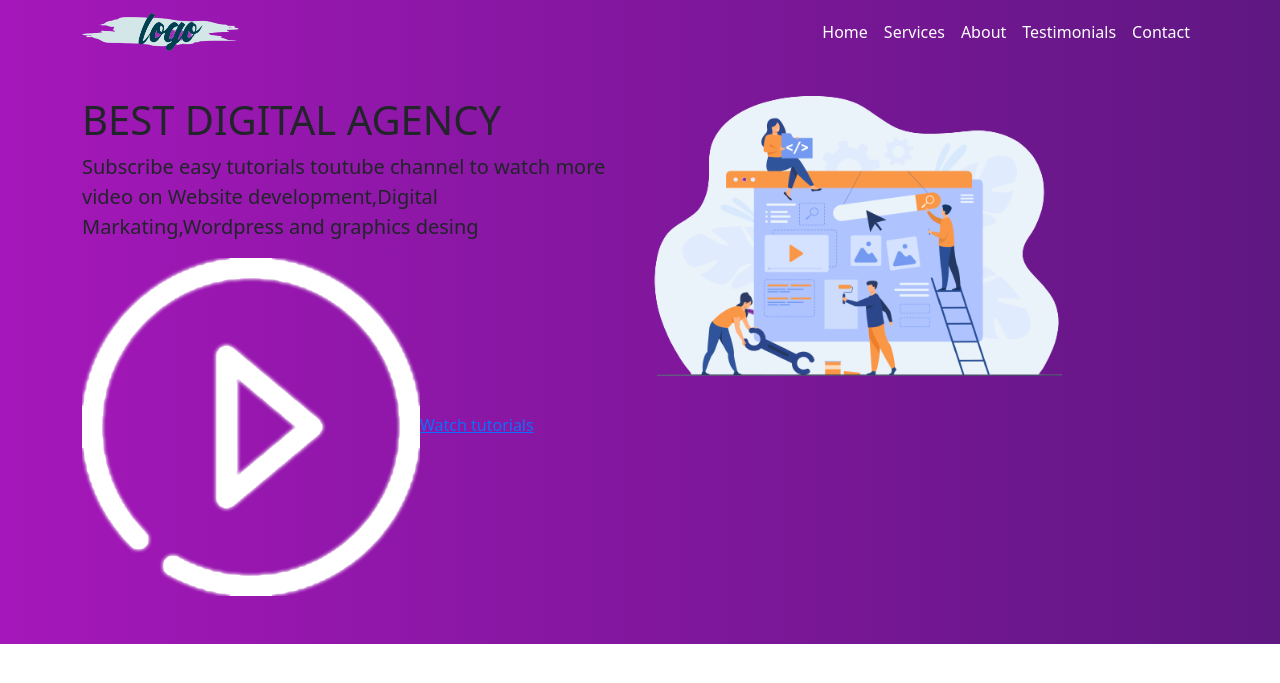
Repository: zjria/PSD-to-HTML-DIGITAL-AGENCY
Page: index.html
An editor plug-in stored every save of this project. The page is shown before and after the next save, followed by the edit.
The browser window is 1280 px wide. The pictures show the whole page.
Some web libraries are served in a nearby version.

Above is the page before, as saved 2022-05-09 09:37:47.

### index.html
<!doctype html>
<html lang="en">
  <head>
    <!-- Required meta tags -->
    <meta charset="utf-8">
    <meta name="viewport" content="width=device-width, initial-scale=1">
    <title>DIGITAL AGENCY</title>
    <!-- Bootstrap CSS -->
    <link href="https://cdn.jsdelivr.net/npm/bootstrap@5.0.2/dist/css/bootstrap.min.css" rel="stylesheet">
    <!-- Font awesome link-->
    <link rel="stylesheet" href="https://cdnjs.cloudflare.com/ajax/libs/font-awesome/6.1.1/css/all.min.css">
    <!-- custom CSS  -->
    <link rel="stylesheet" href="css/style.css">
  </head>
  <body>
    <!-- Navbar Section Start -->
    <section class="header">
        <nav class="navbar navbar-expand-md fixed-top">
            <div class="container">
                <a href="#" class="navbar-brand">
                    <img src="img/h_logo.png" alt="" class="menu-icon img-fluid w-50">
                </a>
                <button class="navbar-toggler" data-bs-target="#menunavbarlink" data-bs-toggle="collapse" type="button">
                    <span class="navbar-toggler-icon"></span>
                </button>
                <div class="collapse navbar-collapse " id="menunavbarlink">
                  <ul class="navbar-nav ms-auto ">
                    <li class="nav-item ">
                      <a href="#Home" class="nav-link text-white">Home</a>
                    </li>
                    <li class="nav-item">
                      <a href="#Services" class="nav-link text-white">Services</a>
                    </li>
                    <li class="nav-item">
                      <a href="#About" class="nav-link text-white">About</a>
                    </li>
                    <li class="nav-item">
                      <a href="#Testimonials" class="nav-link text-white" >Testimonials</a>
                    </li>
                    <li class="nav-item">
                      <a href="#Contact" class="nav-link text-white">Contact</a>
                    </li>
                  </ul>
                </div>
            </div>
        </nav>
    </section>
    <!-- Navbar Section END -->
    <!-- Navbar Section Start -->
    <div class="p-5 py-5 mt-5" id="baner">
      <div class="container">
        <div class="row">
          <div class="col-md-6">
            <h1>BEST DIGITAL AGENCY</h1>
            <p class="lead">Subscribe easy tutorials toutube channel to watch more video on Website development,Digital Markating,Wordpress and graphics desing</p>
            <a href="#"><img src="img/play.png" class="img-fluid" alt=""><span>Watch tutorials</span></a>
          </div>
          <div class="col-md-6">
            <img src="img/heder_logo.png" class="img-fluid w-75" alt="">
          </div>
        </div>
      </div>
    </div>
    <!-- Navbar Section END -->






    <!-- Optional JavaScript; choose one of the two! -->
    <!-- Option 1: Bootstrap Bundle with Popper -->
    <script src="https://cdn.jsdelivr.net/npm/bootstrap@5.0.2/dist/js/bootstrap.bundle.min.js"></script>
  </body>
</html>

### css/style.css
.navbar{
    background-image: linear-gradient(to right, #a517ba,#5f1782)!important;
}
#baner{
    background-image: linear-gradient(to right, #a517ba,#5f1782)
}

After the next save:
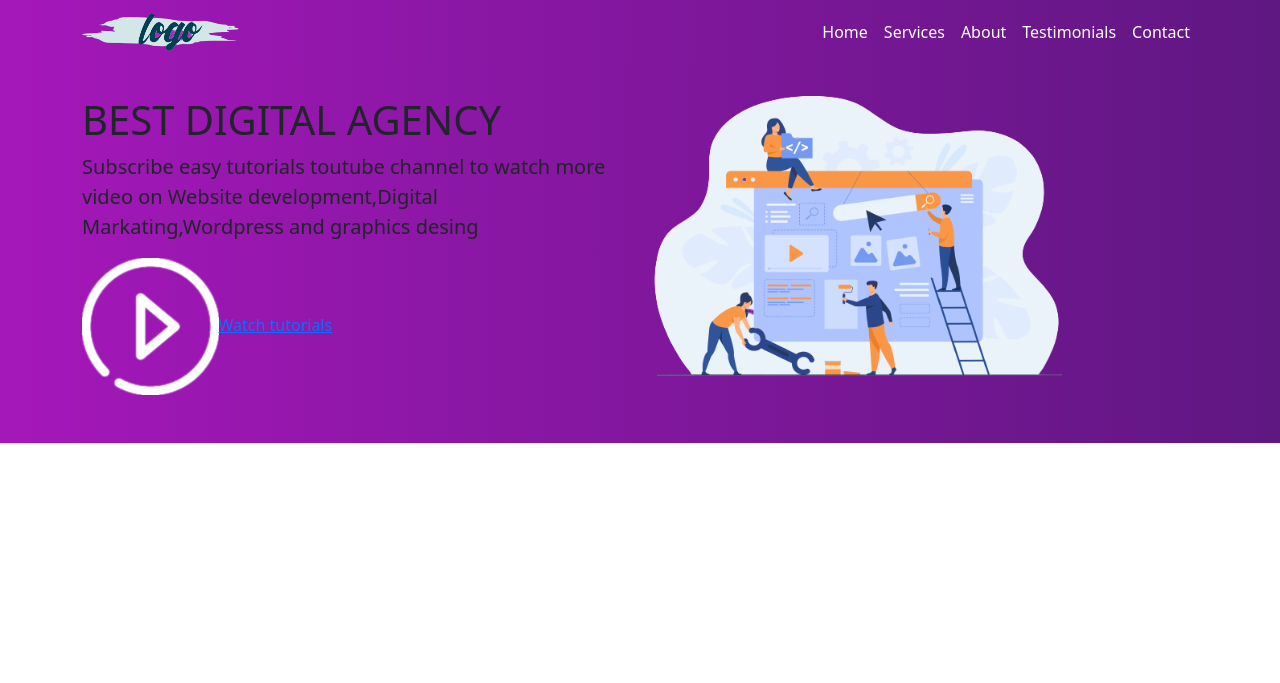
Saved 7 s later.
--- a/index.html
+++ b/index.html
@@ -53,7 +53,7 @@
           <div class="col-md-6">
             <h1>BEST DIGITAL AGENCY</h1>
             <p class="lead">Subscribe easy tutorials toutube channel to watch more video on Website development,Digital Markating,Wordpress and graphics desing</p>
-            <a href="#"><img src="img/play.png" class="img-fluid" alt=""><span>Watch tutorials</span></a>
+            <a href="#"><img src="img/play.png" class="img-fluid w-25" alt=""><span>Watch tutorials</span></a>
           </div>
           <div class="col-md-6">
             <img src="img/heder_logo.png" class="img-fluid w-75" alt="">
